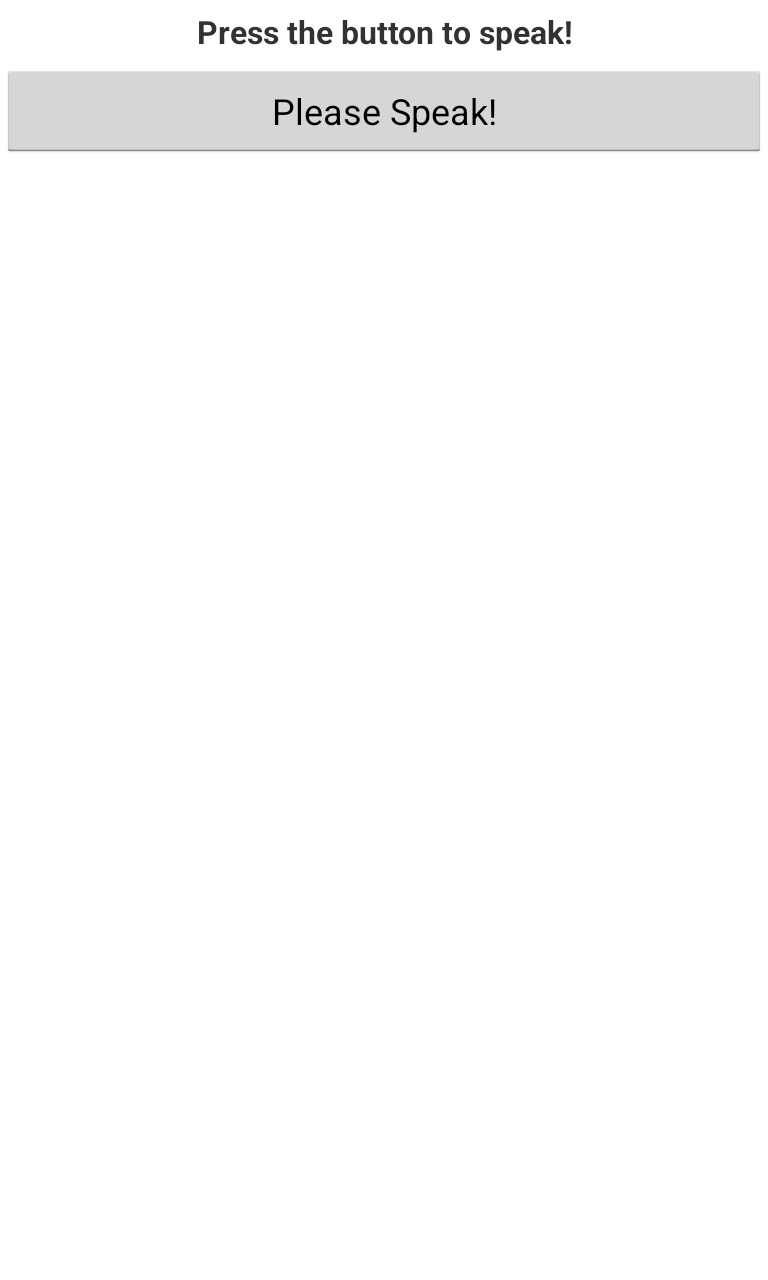
Repository: jitendraharlalka/flightsearch
Layout: app/FlightSearch/res/layout/activity_main.xml
The author's editor kept a copy of each file at every save. The layout is drawn from the files as they stood at one save, then again after the next save.
It is drawn on a 768 x 1280 px phone screen (xhdpi) without system bars, with theme AppTheme; the app's code is not run. Lists and similar views that code fills are empty.

Above is the layout before, as saved 2013-11-06 23:11:56.

After the next save:
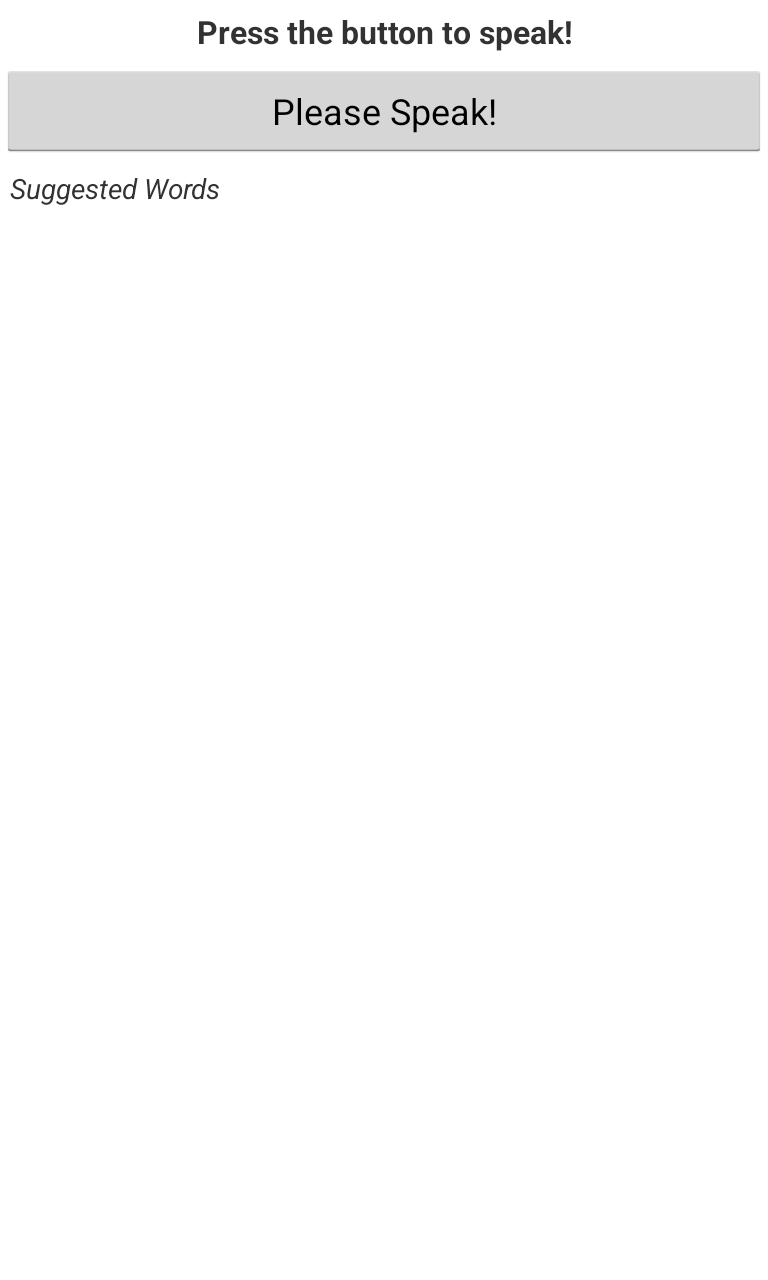
Saved 3 s later.
--- a/app/FlightSearch/res/layout/activity_main.xml
+++ b/app/FlightSearch/res/layout/activity_main.xml
@@ -21,4 +21,26 @@
         android:text="@string/speech"
      />
 
+    <TextView android:layout_width="fill_parent"
+        android:layout_height="wrap_content"
+        android:padding="5dp"
+        android:text="@string/word_intro"
+        android:textStyle="italic"
+     />
+
+    <ListView android:id="@+id/wordList"
+        android:layout_width="fill_parent"
+        android:layout_height="0dip"
+        android:layout_weight="1"
+        android:paddingLeft="10dp"
+        android:paddingTop="3dp"
+        android:paddingRight="10dp"
+        android:paddingBottom="3dp"
+        android:layout_marginLeft="20dp"
+        android:layout_marginRight="20dp"
+        android:layout_marginTop="5dp"
+        android:layout_marginBottom="5dp"
+     />
+
+
 </LinearLayout>
